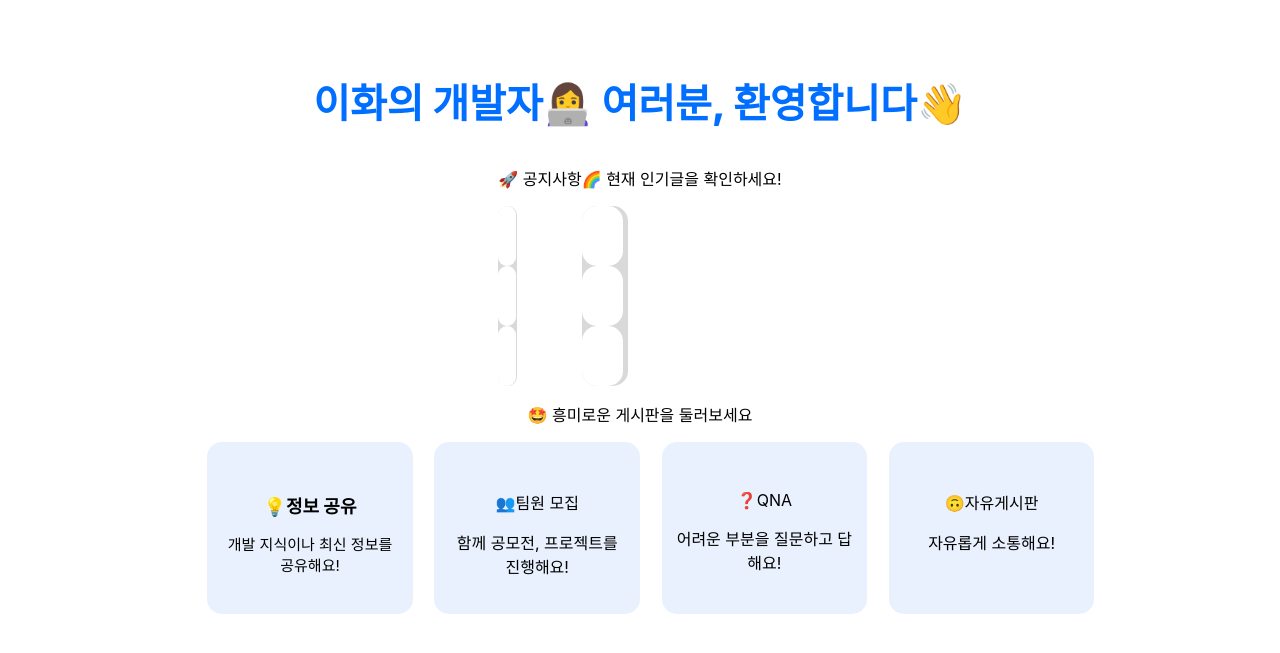
Repository: TeamCosine/Front
Page: /home
These files come from the project's save history. The page is drawn as it stood at one moment and after the next save; the edit follows.
The browser window is 1280 px wide. The pictures show the whole page.
The project was rebuilt for these pictures with package versions that can differ from the ones it lists, and the page was loaded fresh each time. Also part of the build but not shown: src/pages/Profile.js, src/pages/Login.js, src/components/MyInfo/Card.js, src/pages/MyInfo.js, src/pages/Write.js, src/components/common/Title.js, src/pages/Qna.js, src/pages/Invite.js.

Above is the page before, as saved 2023-07-15 21:54:25.

### src/App.js
import React from 'react';
import './App.css';

import {BrowserRouter, Routes, Route} from 'react-router-dom';
import Home from './pages/Home';
import Profile from './pages/Profile';
import Login from './pages/Login';
import MyInfo from './pages/MyInfo';
import Write from './pages/Write';
import Qna from './pages/Qna';
import Invite from './pages/Invite';

function App() {
  return (
    <BrowserRouter>
    <div className="App">
      <Routes>
        <Route path = "/" element={<Login/>}/>
        <Route path = "/profile" element={<Profile/>}/>
        <Route path = "/myinfo" element = {<MyInfo/>} />
        <Route path = "/Write" element = {<Write/>} />
        <Route path = "/Qna" element={<Qna/>}/>
        <Route path = "/home" element = {< Home/>}/>
        <Route path = "/invite" element={<Invite/>}/>

      </Routes>
    </div>
    </BrowserRouter>
  );
}

export default App;

### src/pages/Home.js
//메인 페이지
import React from "react";
import styled from "styled-components";
import Card from "../components/home/Card";

const Box = styled.div`
   display: flex;
   flex-direction: column;
   align-items: center;
   justify-content: center;
`;

const Title = styled.div`
    margin-top: 10vh;
    font-size: 40px;
    text-align: center;
    font-weight: 800;
    display: flex;
    color : #006fff;

`;
const Row = styled.div`
   flex-direction: column;
   display: flex;

`;
const Container = styled.div`
   background-color: #D9D9D9;
   border-radius: 15px;
   width : 23%;
   flex-direction: column;
   justify-content: center;
   align-items: center;

`;
const HomeContainer = styled.div`
   display: flex;
   flex-direction: row;
   margin-top: 20px;
   justify-content: center;
   justify-items: center;


`;
const Menu = styled.div``;
const MenuContainer=styled.div`
   display: flex;
   flex-direction: row;
   justify-items: center;
   text-align: center;
`;
const MenuItem = styled.div`
   background-color: #E8F1FD;
   padding-top :2rem;
   padding-bottom : 2rem;
   border-radius: 15px;
   width : 25vh;
   height : 15vh;
   margin-left: 3vh;
   padding-left: 1vw;
   padding-right: 1vw;
`;

const Home = () =>{
    return (

        <Box>


          <Title>이화의 개발자👩‍💻 여러분, 환영합니다👋</Title>
          <HomeContainer>
          <Row>
            <p>🚀 공지사항</p>
            <Container>
                <Card/>
                <Card/>
                <Card/>

            </Container>
          </Row>
          <Row>
            <p>🌈 현재 인기글을 확인하세요!</p>
            <Container>
                <Card />
                <Card />
                <Card />

            </Container>
          </Row>
          </HomeContainer>
          <Menu>
            <p>🤩 흥미로운 게시판을 둘러보세요</p>
            <MenuContainer>
                <MenuItem>
                   <p style={{color :"black", fontSize:"18px", marginBottom:"0.5vh", fontWeight:"bold"}}>💡정보 공유</p>
                   <p style={{fontSize:"15px"}}>개발 지식이나 최신 정보를 공유해요!</p>
                </MenuItem>
                <MenuItem>
                  <p>👥팀원 모집</p>
                  <p>함께 공모전, 프로젝트를 진행해요!</p>
                </MenuItem>
                <MenuItem>
                  <p>❓QNA</p>
                  <p>어려운 부분을 질문하고 답해요!</p>
                </MenuItem>
                <MenuItem><p>🙃자유게시판</p><p>자유롭게 소통해요!</p></MenuItem>

            </MenuContainer>

          </Menu>

        </Box>
    )

}

export default Home;

### src/components/home/Card.js
import React from "react";
import styled from "styled-components";

const Container = styled.div`
   border-radius: 15px;
   width : 90%;
   height : 60px;
   background-color: white;
   color : black;
`;

const Card = () =>{

    return (
        <Container>

        </Container>
    )

}

export default Card;

Loaded but not shown: public/index.html (common file); src/index.js (common file); src/index.css (common file); src/reportWebVitals.js (common file); src/App.css (common file)

After the next save:
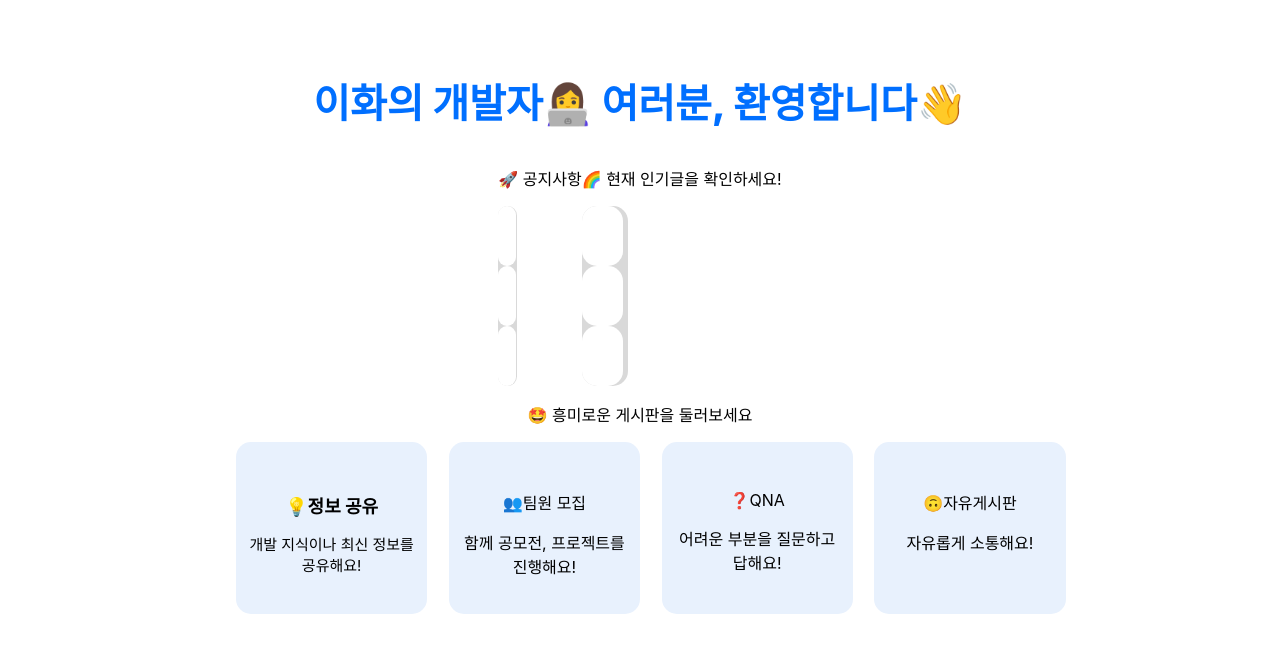
Saved 26 s later.
--- a/src/pages/Home.js
+++ b/src/pages/Home.js
@@ -54,7 +54,7 @@ const MenuItem = styled.div`
    padding-top :2rem;
    padding-bottom : 2rem;
    border-radius: 15px;
-   width : 25vh;
+   width : 23vh;
    height : 15vh;
    margin-left: 3vh;
    padding-left: 1vw;
